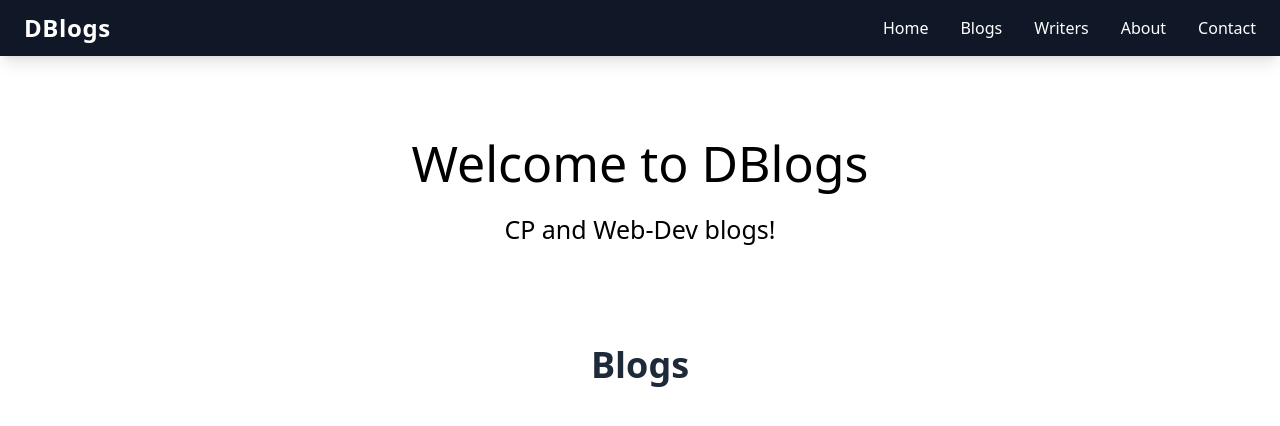
Repository: Devanshk9/DBlogs
Page: / (app in client/)
An editor plug-in stored every save of this project. The page is shown before and after the next save, followed by the edit.
The browser window is 1280 px wide. The pictures show the whole page.
The page's requests for data from a server got no answer. The project was rebuilt for these pictures with package versions that can differ from the ones it lists, and the page was loaded fresh each time. No one was signed in, and anything a server would have sent is missing. Also part of the build but not shown: client/vite.config.js, client/src/pages/BlogPage.jsx, client/src/pages/WriterPage.jsx, client/src/pages/About.jsx, client/src/pages/Contact.jsx, client/src/pages/SignUp.jsx, client/src/pages/VerifyOtp.jsx, client/src/pages/Login.jsx.

Above is the page before, as saved 2025-09-01 22:05:11.

After the next save:
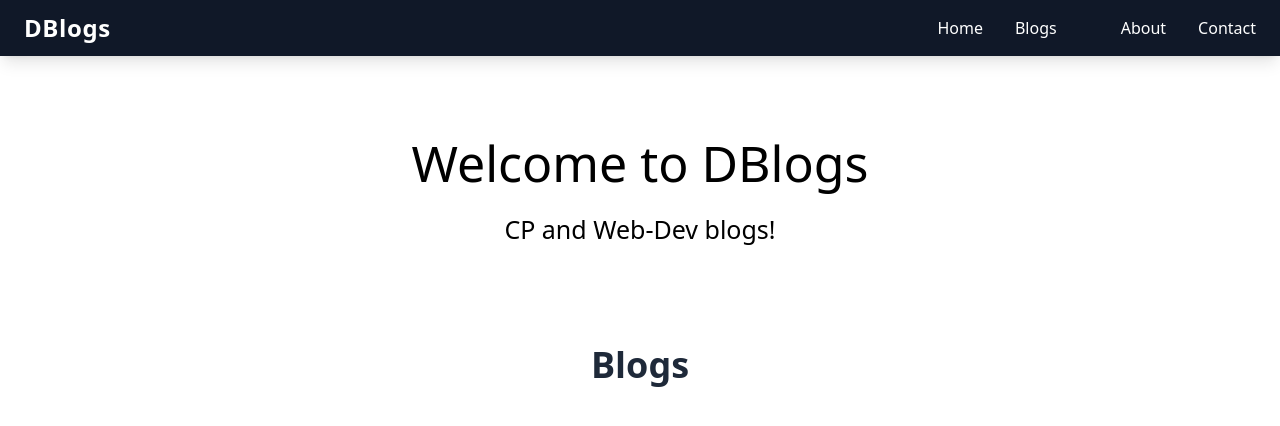
Saved 49 s later.
--- a/client/src/components/Navbar.jsx
+++ b/client/src/components/Navbar.jsx
@@ -32,12 +32,12 @@
             </Link>
           </li>
           <li>
-            <Link
+            {/* <Link
               to="/writers"
               className="hover:text-yellow-400 transition-colors duration-200"
             >
               Writers
-            </Link>
+            </Link> */}
           </li>
           <li>
             <Link
